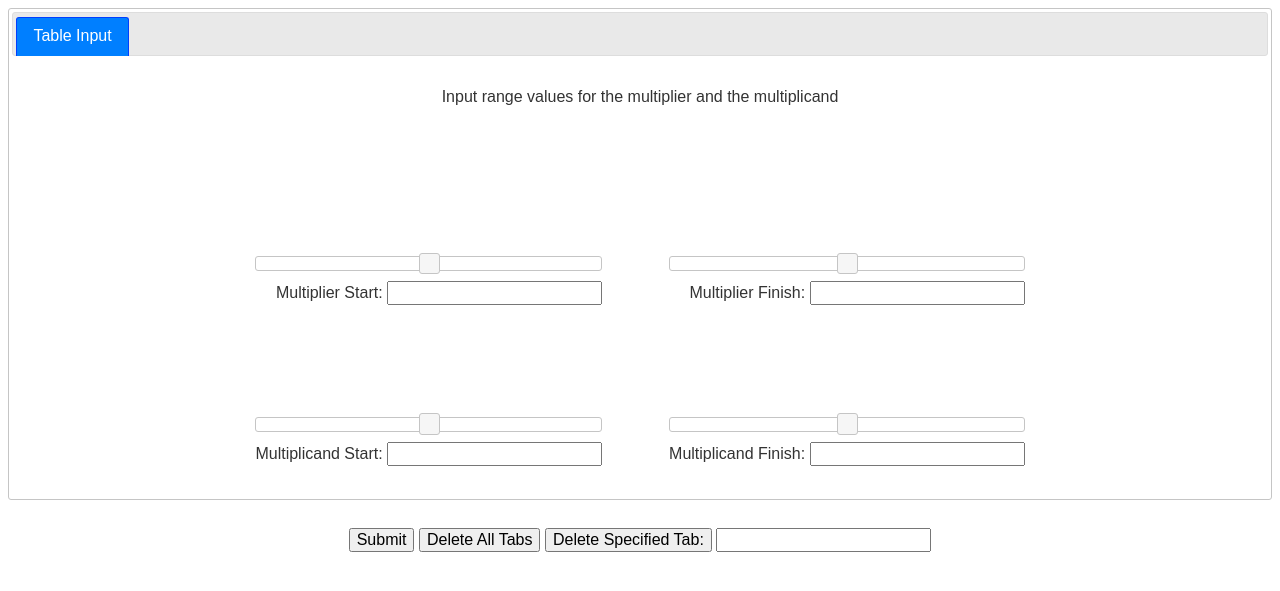
Repository: khrasna/HW4Part2
Page: index.html
An editor plug-in stored every save of this project. The page is shown before and after the next save, followed by the edit.
The browser window is 1280 px wide. The pictures show the whole page.
Some web libraries are served in a nearby version.

Above is the page before, as saved 2021-11-22 16:27:36.

After the next save:
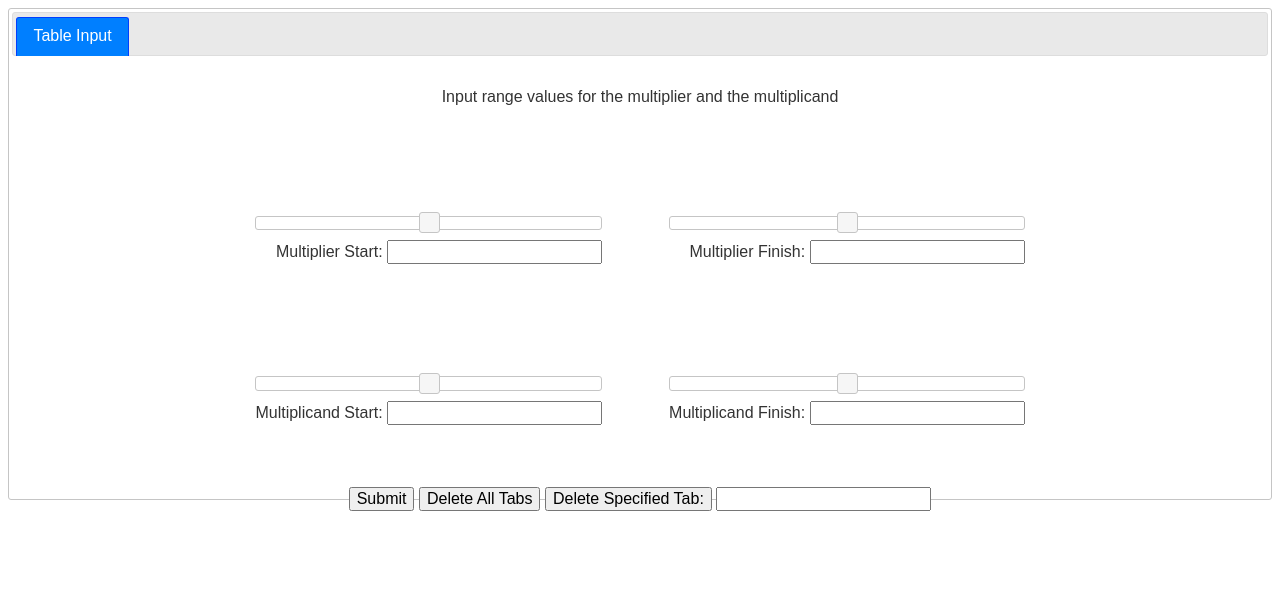
Saved 11 s later.
--- a/style.css
+++ b/style.css
@@ -17,7 +17,7 @@ div#tab1 {
     display: grid;
     grid-template-columns: auto;
     /* top row of grid holds the form for input, the rest of page holds the multiplication table*/
-    grid-template-rows: 30% auto;
+    grid-template-rows: 20% auto;
     height: 97%;
 }
 
